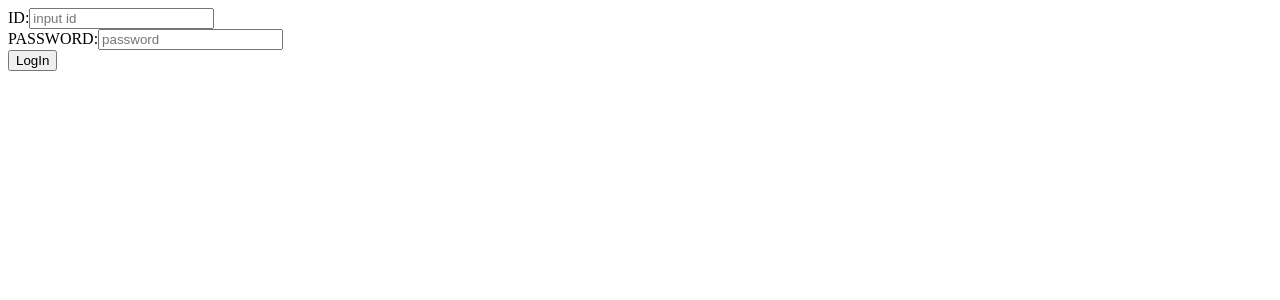
Repository: pillz9408/Jsp-Servlet
Page: jspstudy/day02/src/main/webapp/testForm.html
The author's editor kept a copy of each file at every save. The page is drawn from the files as they stood at one save, then again after the next save.
The browser window is 1280 px wide. The pictures show the whole page.

Above is the page before, as saved 2022-10-05 01:21:47.

After the next save:
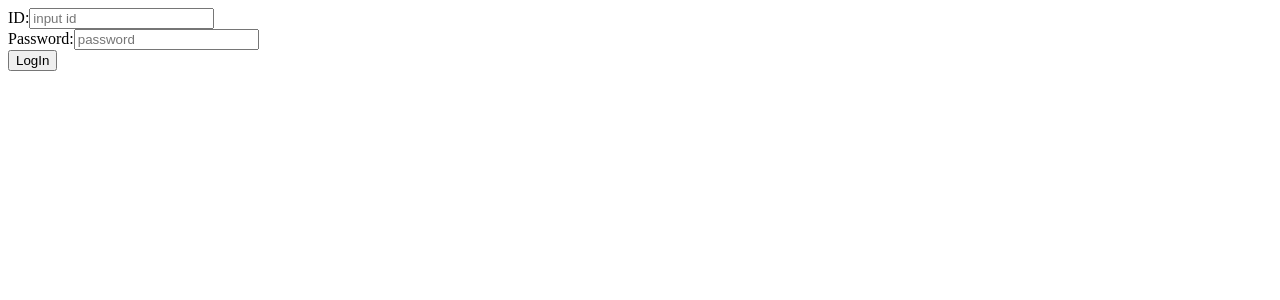
Saved 14 s later.
--- a/jspstudy/day02/src/main/webapp/testForm.html
+++ b/jspstudy/day02/src/main/webapp/testForm.html
@@ -7,7 +7,7 @@
 <body>
 <form action ="TestSample">
 	ID:<input type="text" name="id" placeholder="input id"><br>
-	PASSWORD:<input type="text" name="password" placeholder="password"><br>
+	Password:<input type="text" name="password" placeholder="password"><br>
 	<input type="submit" value="LogIn">
 </form>
 
